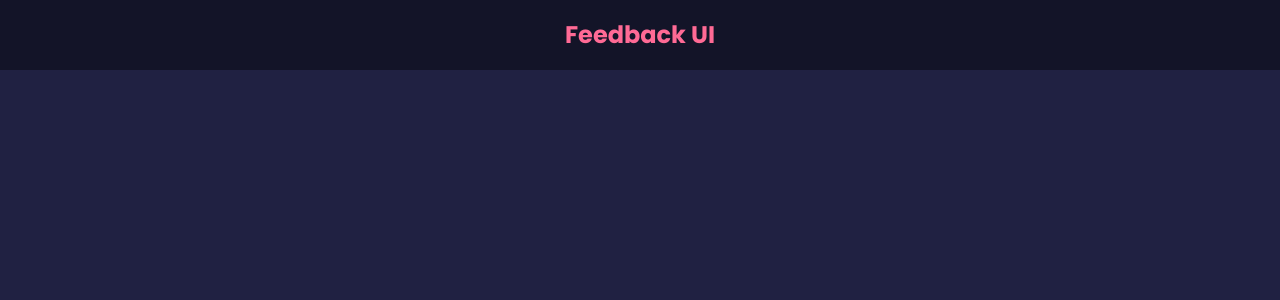
Repository: Lithium87/feedback-app
Page: / (app in client/)
These files come from the project's save history. The page is drawn as it stood at one moment and after the next save; the edit follows.
The browser window is 1280 px wide. The pictures show the whole page.
The project was rebuilt for these pictures with package versions that can differ from the ones it lists, and the page was loaded fresh each time.

Above is the page before, as saved 2022-05-25 20:04:37.

### client/src/index.css
@import url('https://fonts.googleapis.com/css2?family=Poppins:wght@400;600;700&display=swap');
* {
    box-sizing: border-box;
    margin: 0;
    padding: 0;
}

body {
    font-family: 'Poppins', sans-serif;
    background-color: #202142;
    color: #fff;
    line-height: 1.6;
}

ul {
    list-style: none;
}

.container {
    max-width: 768px;
    margin: auto;
    padding: 0 20px;
}

header {
    height: 70px;
    width: 100%;
    display: flex;
    justify-content: space-between;
    align-items: center;
    margin-bottom: 30px;
}

.card {
    background-color: #fff;
    color: #333;
    border-radius: 15px;
    padding: 40px 50px;
    margin: 20px 0;
    position: relative;
}

.card.reverse {
    background-color: rgba(0, 0, 0, 0.4);
    color: #fff;
}

.card h2 {
    font-size: 22px;
    font-weight: 600;
    text-align: center;
}

.rating {
    display: flex;
    align-items: center;
    justify-content: space-around;
    margin: 30px 0 40px;
}

.rating li,
.num-display {
    position: relative;
    background: #f4f4f4;
    width: 50px;
    height: 50px;
    padding: 10px;
    text-align: center;
    border-radius: 50%;
    font-size: 19px;
    border: 1px #eee solid;
    transition: 0.3s;
}

.rating li label {
    position: absolute;
    top: 50%;
    left: 50%;
    width: 50px;
    height: 50px;
    padding: 10px;
    border-radius: 50%;
    transform: translate(-50%, -50%);
    cursor: pointer;
}

.rating li:hover,
.num-display {
    background: #ff6a95;
    color: #fff;
}

[type='radio'] {
    opacity: 0;
}

[type='radio']:checked~label {
    background: #ff6a95;
    color: #fff;
}

.input-group {
    display: flex;
    flex-direction: row;
    border: 1px solid #ccc;
    padding: 8px 10px;
    border-radius: 8px;
}

input {
    flex-grow: 2;
    border: none;
    font-size: 16px;
}

input:focus {
    outline: none;
}

.feedback-stats {
    color: #fff;
    display: flex;
    justify-content: space-between;
    align-items: center;
}

.num-display {
    position: absolute;
    top: -10px;
    left: -10px;
}

.close,
.edit {
    position: absolute;
    top: 10px;
    right: 20px;
    cursor: pointer;
    background: none;
    border: none;
}

.edit {
    right: 40px;
}

.btn {
    color: #fff;
    border: 0;
    border-radius: 8px;
    color: #fff;
    width: 100px;
    height: 40px;
    cursor: pointer;
}

.btn-primary {
    background-color: #202142;
}

.btn-secondary {
    background: #ff6a95;
}

.btn:hover {
    transform: scale(0.98);
    opacity: 0.9;
}

.btn:disabled {
    background-color: #cccccc;
    color: #333;
    cursor: auto;
}

.btn:disabled:hover {
    transform: scale(1);
    opacity: 1;
}

.message {
    padding-top: 10px;
    text-align: center;
    color: rebeccapurple;
}


/* FIX: Remove position: absolute to keep about icon at the bottom of the
 * document */

.about-link {
    display: flex;
    justify-content: flex-end;
}


/* FIX: Remove position: absolute to keep about icon at the bottom of the
 * document */

.about-link a {
    color: #fff;
    cursor: pointer;
}

.about-link a:hover {
    color: #ff6a95;
}

.about h1 {
    margin-bottom: 20px;
}

.about p {
    margin: 10px 0;
}

@media (max-width: 600px) {
    .rating li {
        margin: 10px 3px;
    }
    .rating {
        display: flex;
        align-items: center;
        justify-content: center;
        flex-wrap: wrap;
        margin: 30px 0 40px;
    }
    .input-group input {
        width: 80%;
    }
}

### client/src/App.js
import React from 'react';
import Header from './components/Header';

const App = () => {
  return (
    <React.Fragment>
      <Header />
    </React.Fragment>
  );
};

export default App;

### client/src/components/Header.js
import React from 'react';
import PropTypes from 'prop-types';

const Header = ({text, bgColor, textColor}) => {
  const headerStyles = {
    backgroundColor: bgColor,
    color: textColor,
  };

  return (
    <header style={headerStyles}>
      <div className="container">
        <h2>{text}</h2>
      </div>
    </header>
  );
};

Header.defaultProps = {
  text: 'Feedback UI',
  bgColor: 'rgba(0, 0, 0, 0.4)',
  textColor: '#ff6a95',
};

Header.propTypes = {
  text: PropTypes.string,
  bgColor: PropTypes.string,
  textColor: PropTypes.string,
};

export default Header;

### client/src/components/FeedbackItem.js
import React from 'react';

const FeedbackItem = () => {
  return (
    <div className="card">
      <div className="num-display">10</div>
      <div className="text-display">
        This is an example of feedback item.
      </div>
    </div>
  );
};

export default FeedbackItem;

Loaded but not shown: client/public/index.html (common file); client/src/index.js (common file); client/src/reportWebVitals.js (common file)

After the next save:
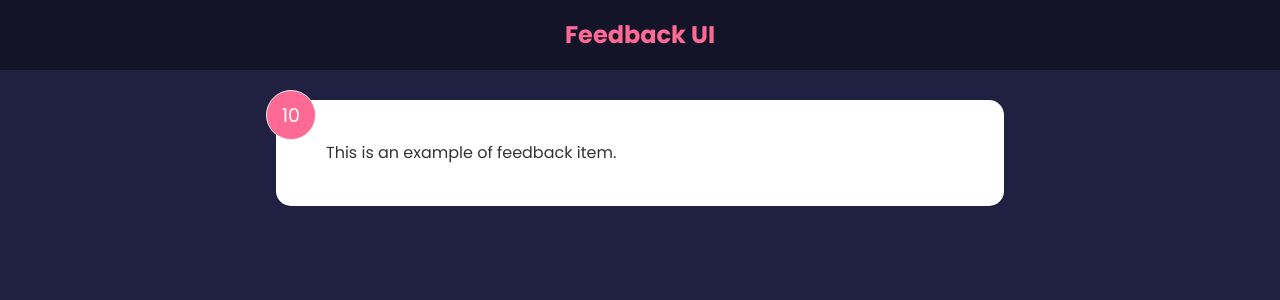
Saved 70 s later.
--- a/client/src/App.js
+++ b/client/src/App.js
@@ -1,10 +1,14 @@
 import React from 'react';
 import Header from './components/Header';
+import FeedbackItem from './components/FeedbackItem';
 
 const App = () => {
   return (
     <React.Fragment>
       <Header />
+      <div className="container">
+        <FeedbackItem />
+      </div>
     </React.Fragment>
   );
 };
